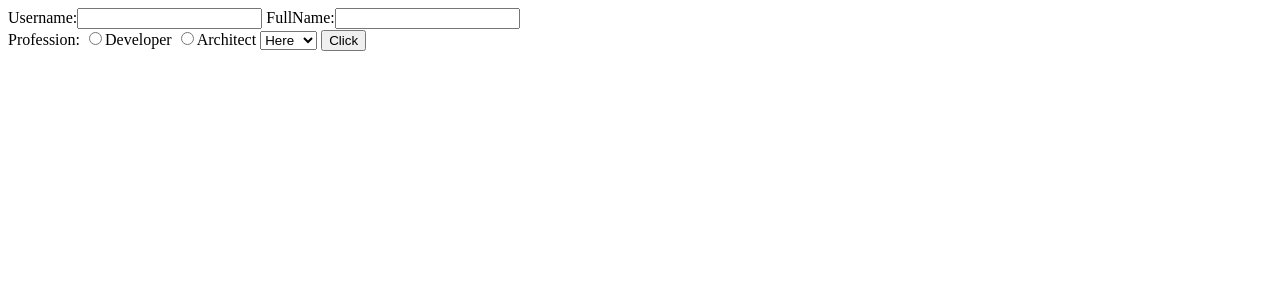
Repository: SurajPawar15-smart/JAVAProjects
Page: JBSimpleServletProject/WebContent/simpleform.html
These files come from the project's save history. The page is drawn as it stood at one moment and after the next save; the edit follows.
The browser window is 1280 px wide. The pictures show the whole page.

Above is the page before, as saved 2020-09-28 18:13:29.

After the next save:
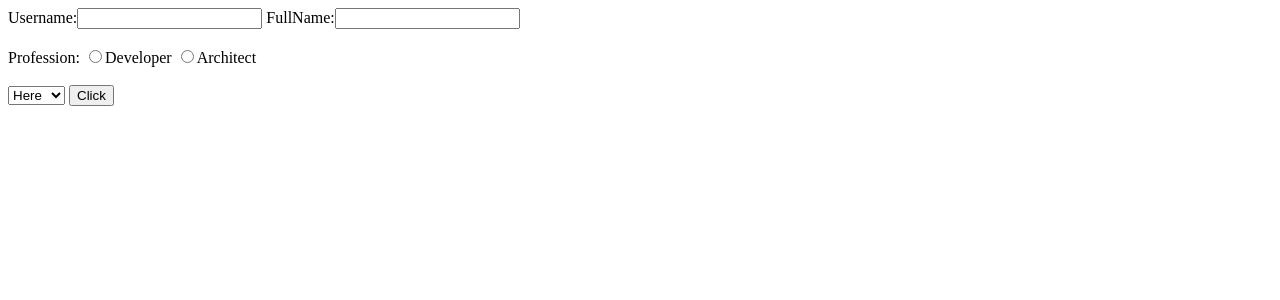
Saved 20 s later.
--- a/JBSimpleServletProject/WebContent/simpleform.html
+++ b/JBSimpleServletProject/WebContent/simpleform.html
@@ -7,10 +7,10 @@
 <body>
 <form action="XMLServlet ">
 Username:<input type="text" name="username">
-FullName:<input type="text" name="fullname"><br>
+FullName:<input type="text" name="fullname"><br><br>
 Profession:
 <input type="radio" name="prof" value="Developer">Developer</input>
-<input type="radio" name="prof" value="Architect">Architect</input>
+<input type="radio" name="prof" value="Architect">Architect</input><br><br>
 <select name="location">
 <option value="here">Here</option>
 <option value="there">There</option>
